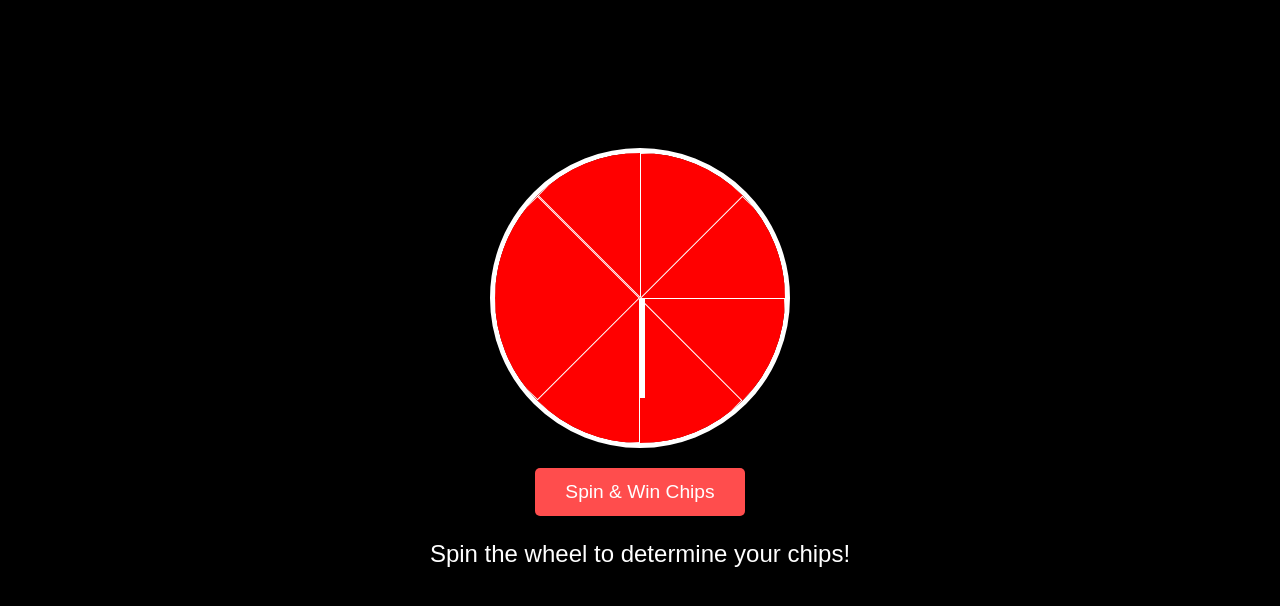
Repository: KidBillionaire/BluffRoyaleFrontend
Page: public/nextstep.html
The author's editor kept a copy of each file at every save. The page is drawn from the files as they stood at one save, then again after the next save.
The browser window is 1280 px wide. The pictures show the whole page.
Some web libraries are served in a nearby version.

Above is the page before, as saved 2024-09-17 18:24:07.

After the next save:
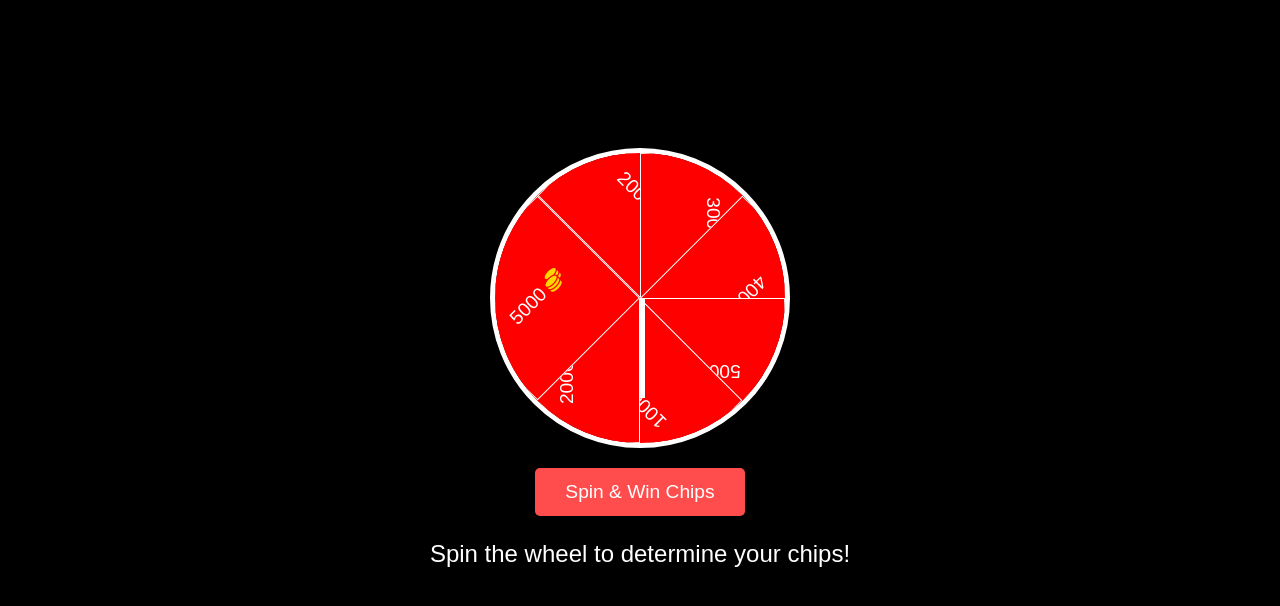
Saved 2 h 48 min later.
--- a/public/nextstep.html
+++ b/public/nextstep.html
@@ -44,6 +44,12 @@
             background-color: red;
             border: 1px solid #ffffff;
             transform-origin: 100% 100%;
+            display: flex;
+            justify-content: center;
+            align-items: center;
+            font-size: 1.2rem;
+            color: white;
+            text-align: center;
         }
 
         /* Create the slices with different colors */
@@ -64,6 +70,18 @@
             height: 100px;
             background-color: white;
             z-index: 1;
+        }
+
+        .icon {
+            font-size: 2rem;
+        }
+
+        .diamond {
+            color: #b9f2ff;
+        }
+
+        .coin {
+            color: #ffd700;
         }
 
         .spin-button {
@@ -98,15 +116,31 @@
 
     <div class="wheel-container">
         <div class="wheel" id="wheel">
-            <!-- Create 8 slices of the wheel -->
-            <div class="slice slice-1"></div>
-            <div class="slice slice-2"></div>
-            <div class="slice slice-3"></div>
-            <div class="slice slice-4"></div>
-            <div class="slice slice-5"></div>
-            <div class="slice slice-6"></div>
-            <div class="slice slice-7"></div>
-            <div class="slice slice-8"></div>
+            <!-- Create 8 slices of the wheel with numbers and icons -->
+            <div class="slice slice-1">
+                <span>100 <i class="fas fa-gem diamond"></i></span>
+            </div>
+            <div class="slice slice-2">
+                <span>200 <i class="fas fa-coins coin"></i></span>
+            </div>
+            <div class="slice slice-3">
+                <span>300 <i class="fas fa-gem diamond"></i></span>
+            </div>
+            <div class="slice slice-4">
+                <span>400 <i class="fas fa-coins coin"></i></span>
+            </div>
+            <div class="slice slice-5">
+                <span>500 <i class="fas fa-gem diamond"></i></span>
+            </div>
+            <div class="slice slice-6">
+                <span>1000 <i class="fas fa-coins coin"></i></span>
+            </div>
+            <div class="slice slice-7">
+                <span>2000 <i class="fas fa-gem diamond"></i></span>
+            </div>
+            <div class="slice slice-8">
+                <span>5000 <i class="fas fa-coins coin"></i></span>
+            </div>
 
             <!-- Wheel Pointer -->
             <div class="wheel-pointer"></div>
@@ -115,11 +149,14 @@
         <div class="result" id="result">Spin the wheel to determine your chips!</div>
     </div>
 
+    <!-- FontAwesome for icons -->
+    <script src="https://kit.fontawesome.com/a076d05399.js"></script>
+
     <script>
         const spinButton = document.getElementById('spinButton');
         const wheel = document.getElementById('wheel');
         const result = document.getElementById('result');
-        const chipValues = [50, 100, 200, 500, 1000, 1500, 2000, 5000];
+        const chipValues = [100, 200, 300, 400, 500, 1000, 2000, 5000];
 
         spinButton.addEventListener('click', () => {
             // Random degree between 500 and 5000 to make the wheel spin multiple times
